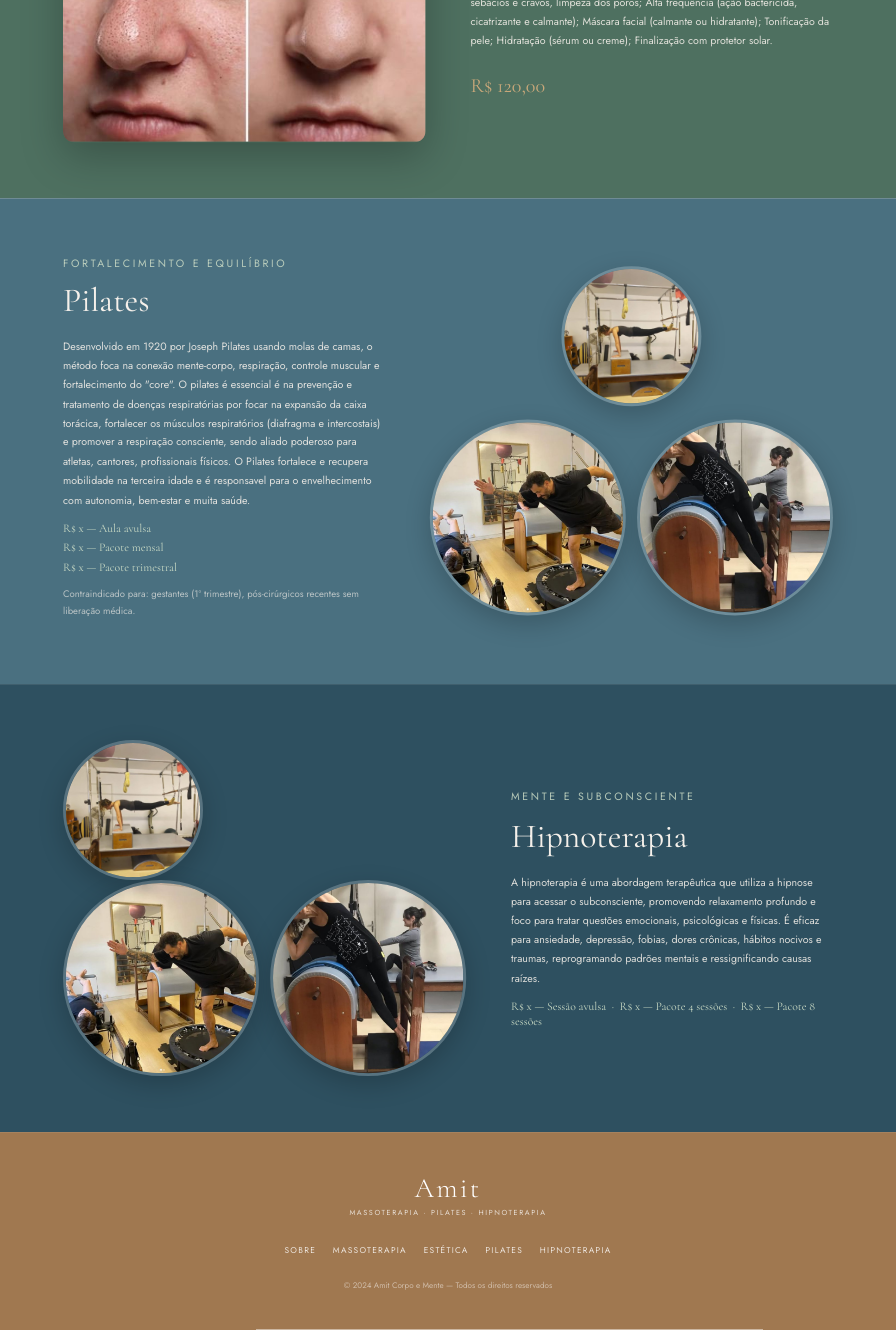
Repository: beatriz-nagae/amit-corpoemente
Page: index.html
The author's editor kept a copy of each file at every save. The page is drawn from the files as they stood at one save, then again after the next save.
The browser window is 1280 px wide. The pictures show the part of the page from y = 3085 to 5005 px (the page is 4985 px tall before and 5005 px after), at 70% of full size.
An inner scrolling area shows only its first screen.

Above is the page before, as saved 2026-04-01 17:00:49.

After the next save:
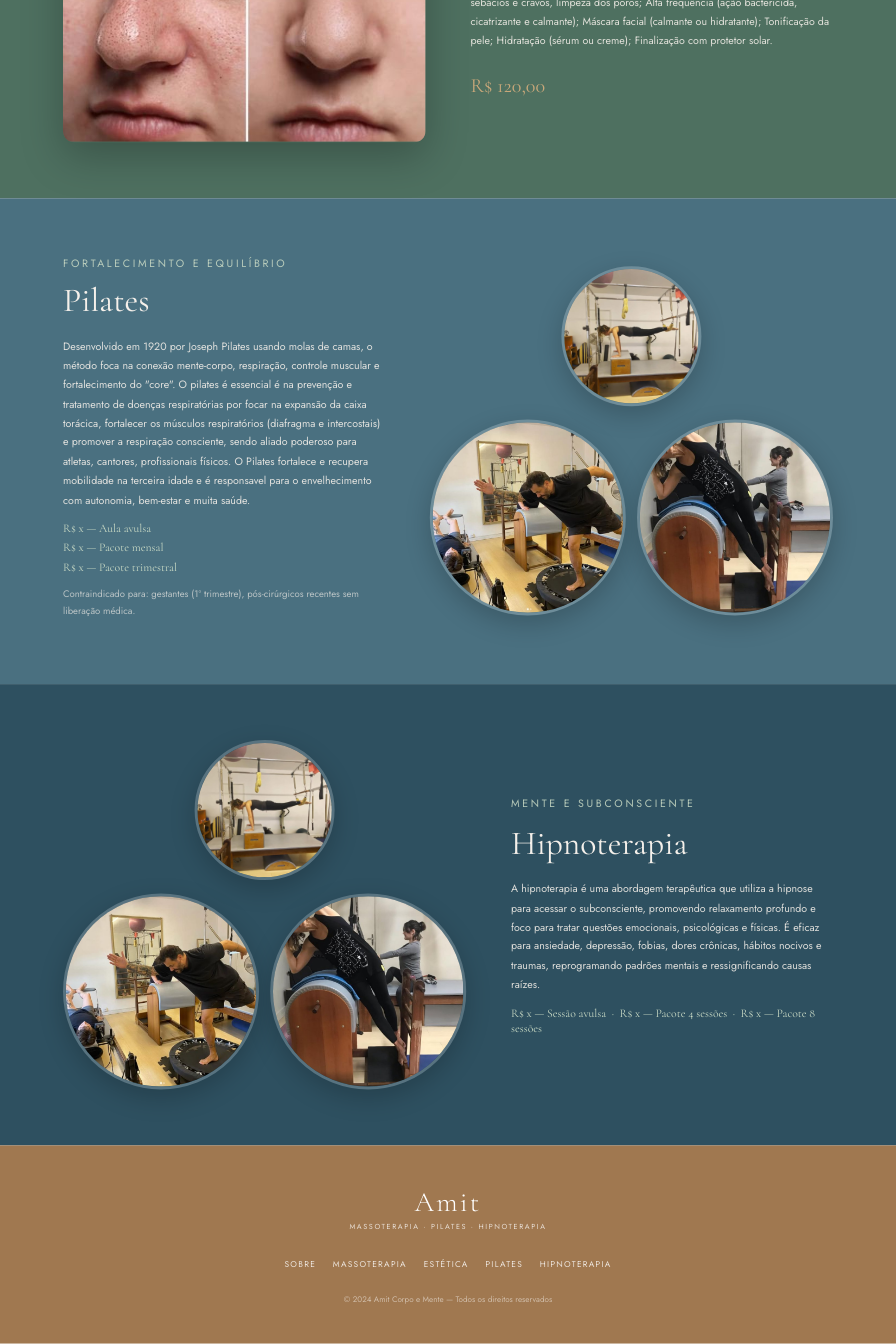
Saved 5 s later.
--- a/index.html
+++ b/index.html
@@ -226,7 +226,7 @@ Finalização com protetor solar.</p>
     <div class="container">
       <div class="hipno-grid">
 
-        <div class="hipno-imgs reveal reveal-delay-1">
+        <div class="pilates-imgs reveal reveal-delay-1">
           <div class="pilates-circle">
             <img src="assets/img/pilates/pilates2.jpg" alt="Pilates aparelho" />
           </div>
